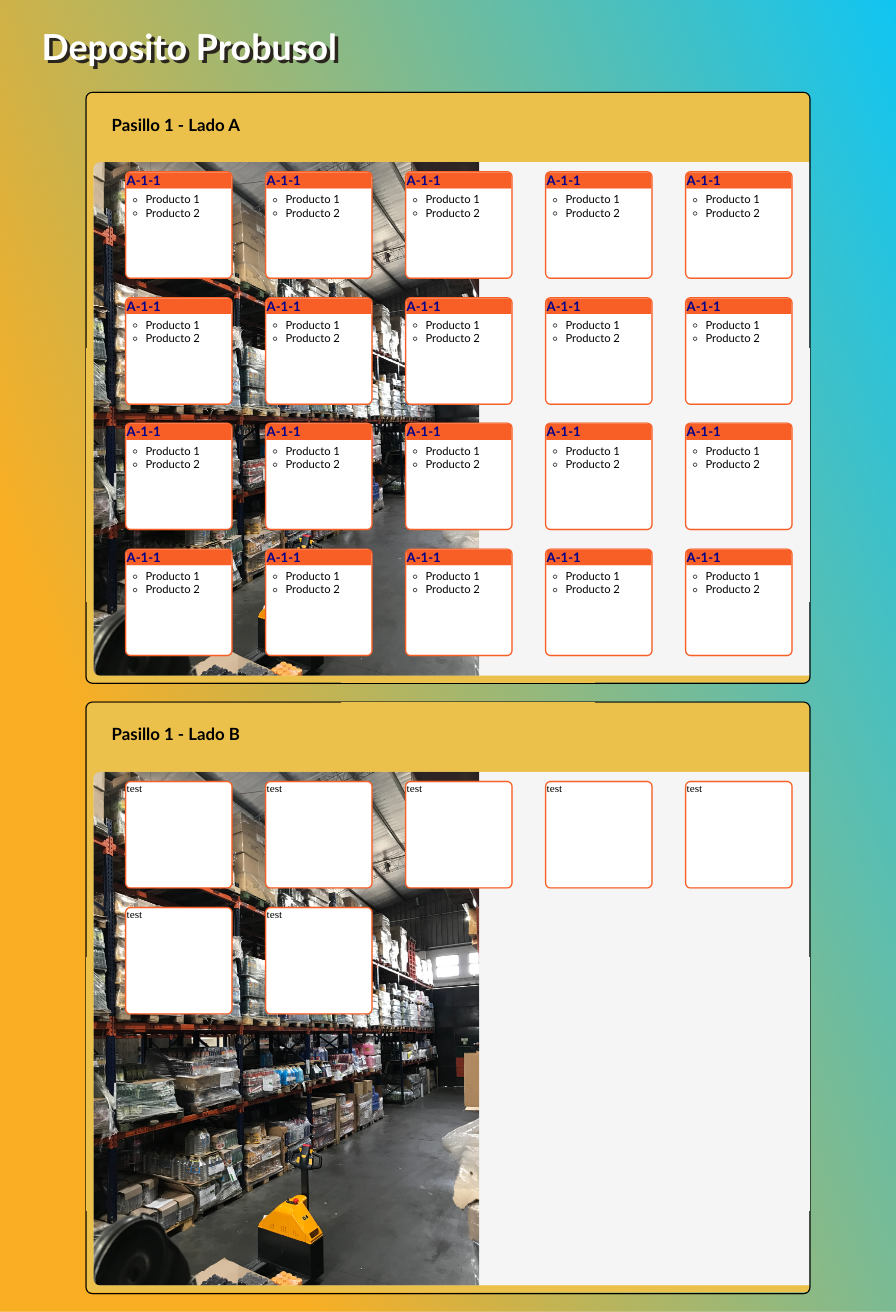
Repository: Franzcod/DepoStock_Web
Page: index.html
The author's editor kept a copy of each file at every save. The page is drawn from the files as they stood at one save, then again after the next save.
The browser window is 1280 px wide. The pictures show the whole page, at 70% of full size.

Above is the page before, as saved 2020-06-07 22:58:34.
Console error: ReferenceError: ur is not defined

After the next save:
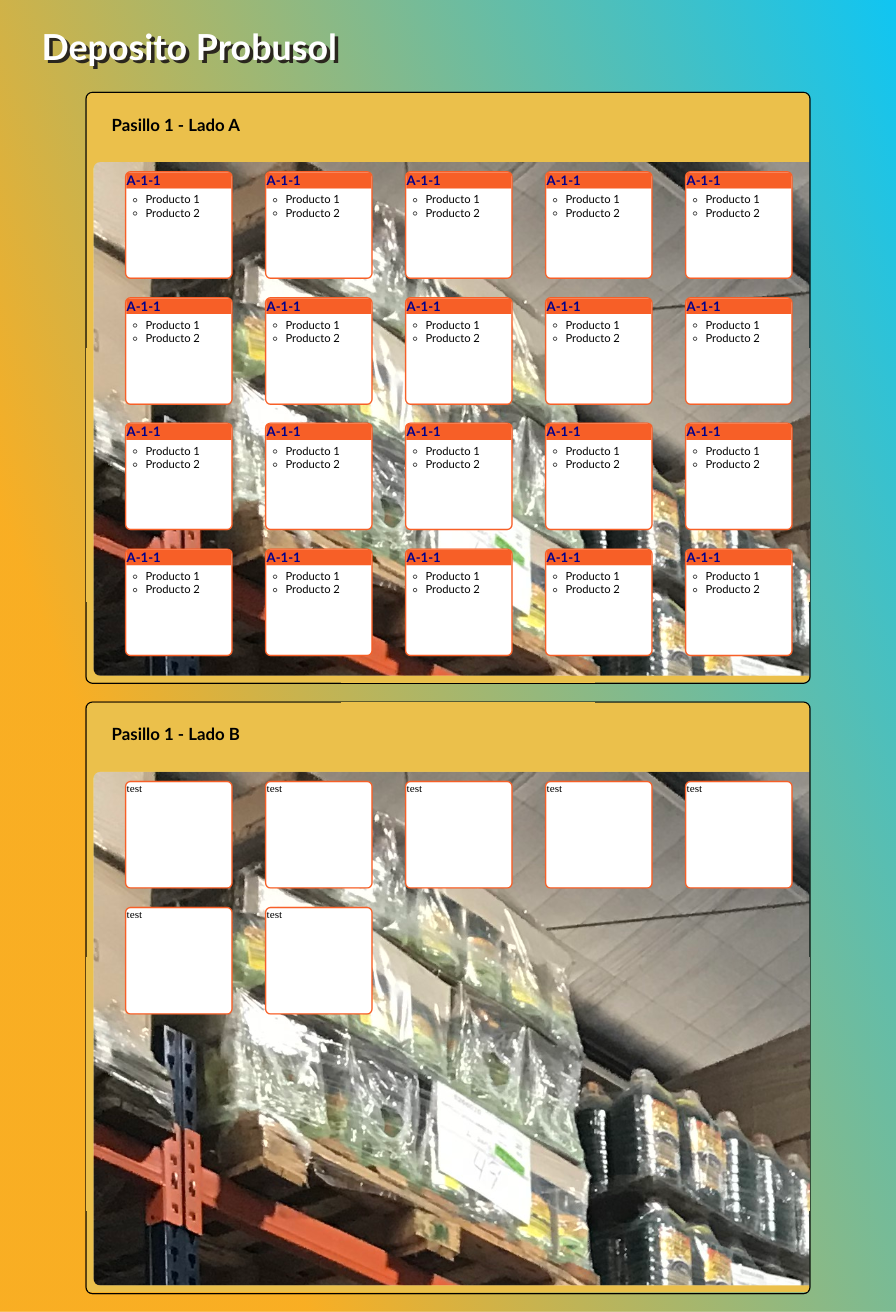
Saved 109 s later.
--- a/estilo/estilo.css
+++ b/estilo/estilo.css
@@ -51,7 +51,7 @@
     background-image: url("/img/dep.jpg");
     /* background-position: initial;  */
     background-repeat: repeat-y; /* Do not repeat the image */
-    background-size: contain;
+    background-size: inherit;
 }
 
 h2{

After the 3 saves that followed:
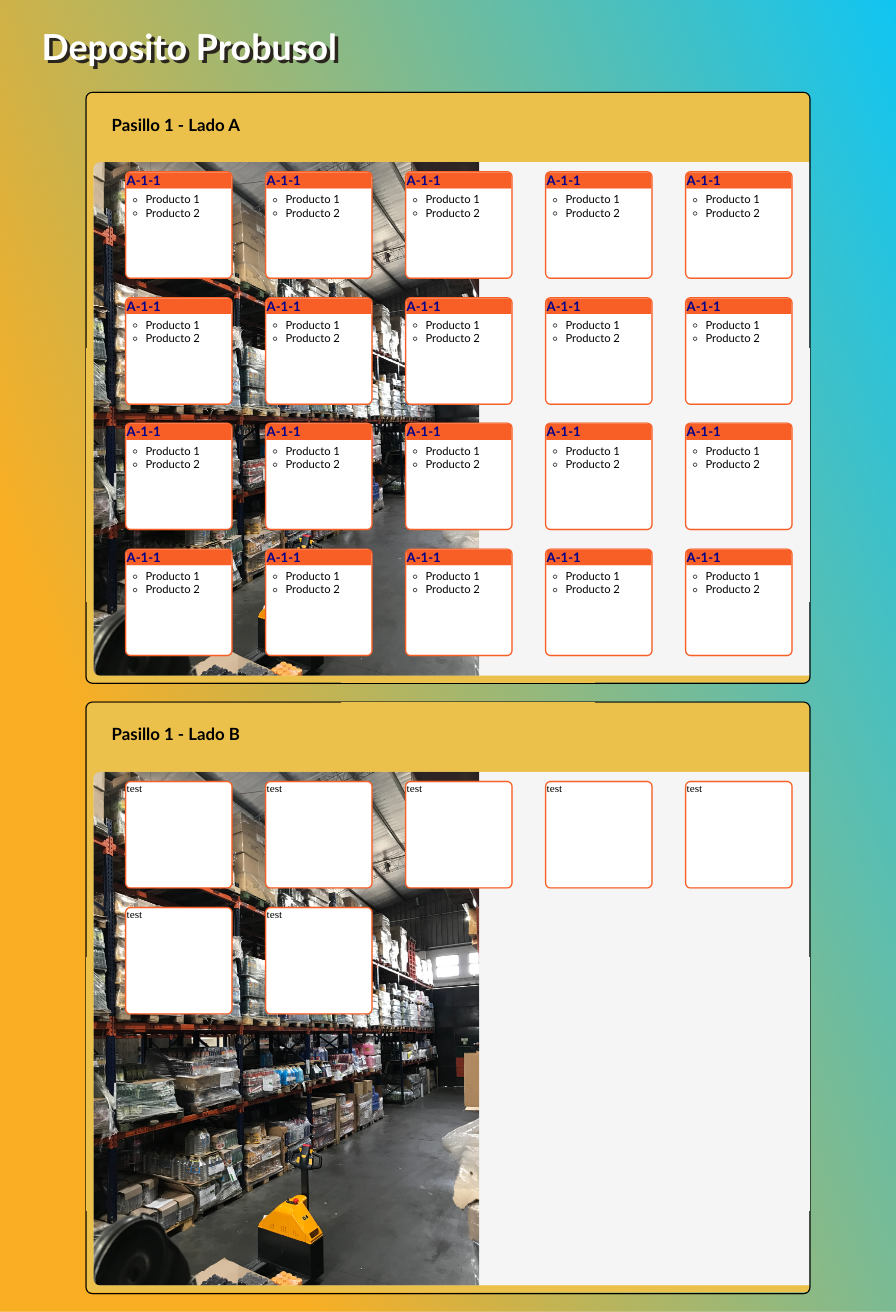
The 3 saves are shown as one change because 2 left the picture as it was.
The last was saved 29 s later.
--- a/estilo/estilo.css
+++ b/estilo/estilo.css
@@ -51,7 +51,7 @@
     background-image: url("/img/dep.jpg");
     /* background-position: initial;  */
     background-repeat: repeat-y; /* Do not repeat the image */
-    background-size: inherit;
+    background-size: contain;
 }
 
 h2{
